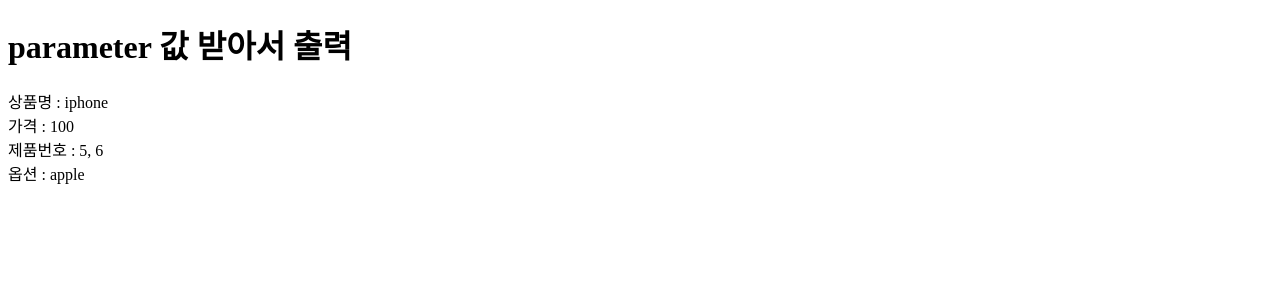
Repository: Joehyunhee/06_jsp
Page: http://localhost/chap02-el-jstl/views/el/test3.jsp?name=iphone&price=100&no=5&no=6&option=apple
These files come from the project's save history. The page is drawn as it stood at one moment and after the next save; the edit follows.
The browser window is 1280 px wide. The pictures show the whole page.
The page is served by Tomcat 10.

Above is the page before, as saved 2024-06-10 05:57:53.

After the next save:
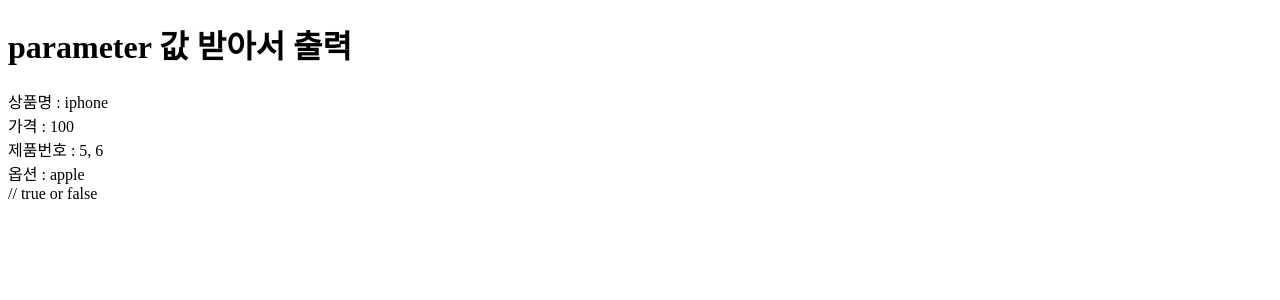
Saved 47 s later.
--- a/chap02-el-jstl/src/main/webapp/views/el/test3.jsp
+++ b/chap02-el-jstl/src/main/webapp/views/el/test3.jsp
@@ -26,7 +26,7 @@
 	가격 : ${param.price} <br>
 	제품번호 : ${paramValues.no[0]}, ${paramValues.no["1"]} <br>
 	옵션 : ${(empty param.option) ? "옵션 없음" : param.option } <br>
-
+	//								true or false
 
 </body>
 </html>

After the save that followed:
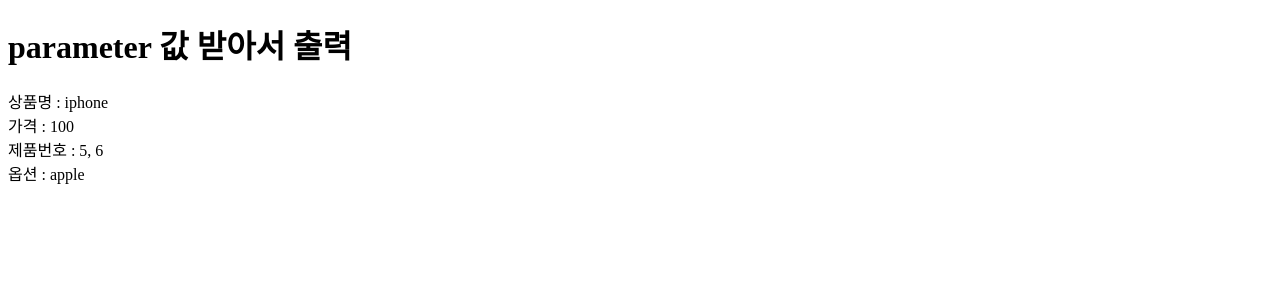
Saved 37 s later.
--- a/chap02-el-jstl/src/main/webapp/views/el/test3.jsp
+++ b/chap02-el-jstl/src/main/webapp/views/el/test3.jsp
@@ -26,7 +26,7 @@
 	가격 : ${param.price} <br>
 	제품번호 : ${paramValues.no[0]}, ${paramValues.no["1"]} <br>
 	옵션 : ${(empty param.option) ? "옵션 없음" : param.option } <br>
-	//								true or false
+<!-- 	true or false -->
 
 </body>
 </html>
